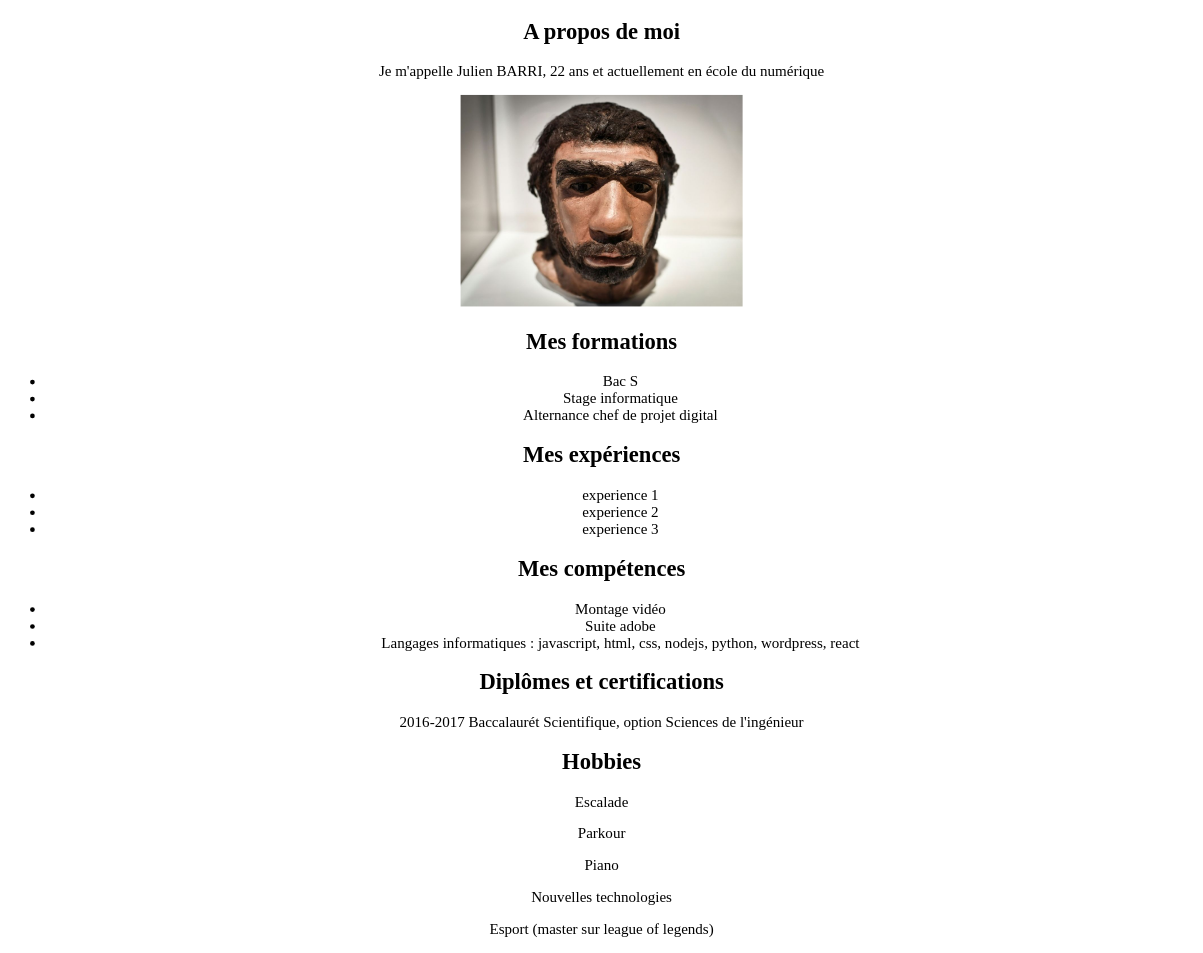
Repository: barridev/cours_devops.github.io
Page: index.html
These files come from the project's save history. The page is drawn as it stood at one moment and after a run of saves; the edit follows.
The browser window is 1280 px wide. The pictures show the whole page, at 94% of full size.

Above is the page before, as saved 2022-06-13 15:28:36.

### index.html
<!DOCTYPE html>
<html lang="en">

<head>
    <meta charset="UTF-8">
    <meta http-equiv="X-UA-Compatible" content="IE=edge">
    <meta name="viewport" content="width=device-width, initial-scale=1.0">
    <title>Document</title>
    <link rel="stylesheet" href="style.css">
</head>

<body>

    <section class="center">
        <div>
            <h1>A propos de moi</h1>
            <p>Je m'appelle Julien BARRI, 22 ans et actuellement en école du numérique</p>
            <img width="300x300" src="homme.jpeg" alt="homme">
        </div>
    </section>

    <section class="center">
        <div class="test">
            <h2> Mes formations </h2>
            <ul>
                <li> Bac S</li>
                <li> Stage informatique</li>
                <li> Alternance chef de projet digital</li>
            </ul>
        </div>
    </section>

    <section class="center">
        <div>
            <h2> Mes expériences </h2>
            <ul>
                <li> experience 1</li>
                <li> experience 2</li>
                <li> experience 3</li>
            </ul>
        </div>
    </section>

    <section class="center">
        <div>
            <h2> Mes compétences</h2>
            <ul>
                <li> Montage vidéo</li>
                <li> Suite adobe</li>
                <li> Langages informatiques : javascript, html, css, nodejs, python, wordpress, react</li>
            </ul>
        </div>

    </section>

    <section class="center">
        <div>
            <h2> Diplômes et certifications</h2>
            <p>2016-2017 Baccalaurét Scientifique, option Sciences de l'ingénieur</p>
        </div>

    </section class="center">

    <section class="center">
        <div>
            <h2> Hobbies</h2>
            <p>Escalade</p>
            <p>Parkour</p>
            <p>Piano</p>
            <p>Nouvelles technologies</p>
            <p>Esport (master sur league of legends)</p>
        </div>

    </section class="center">

</body>

</html>

Loaded but not shown: style.css (common file)

After the next 2 saves:
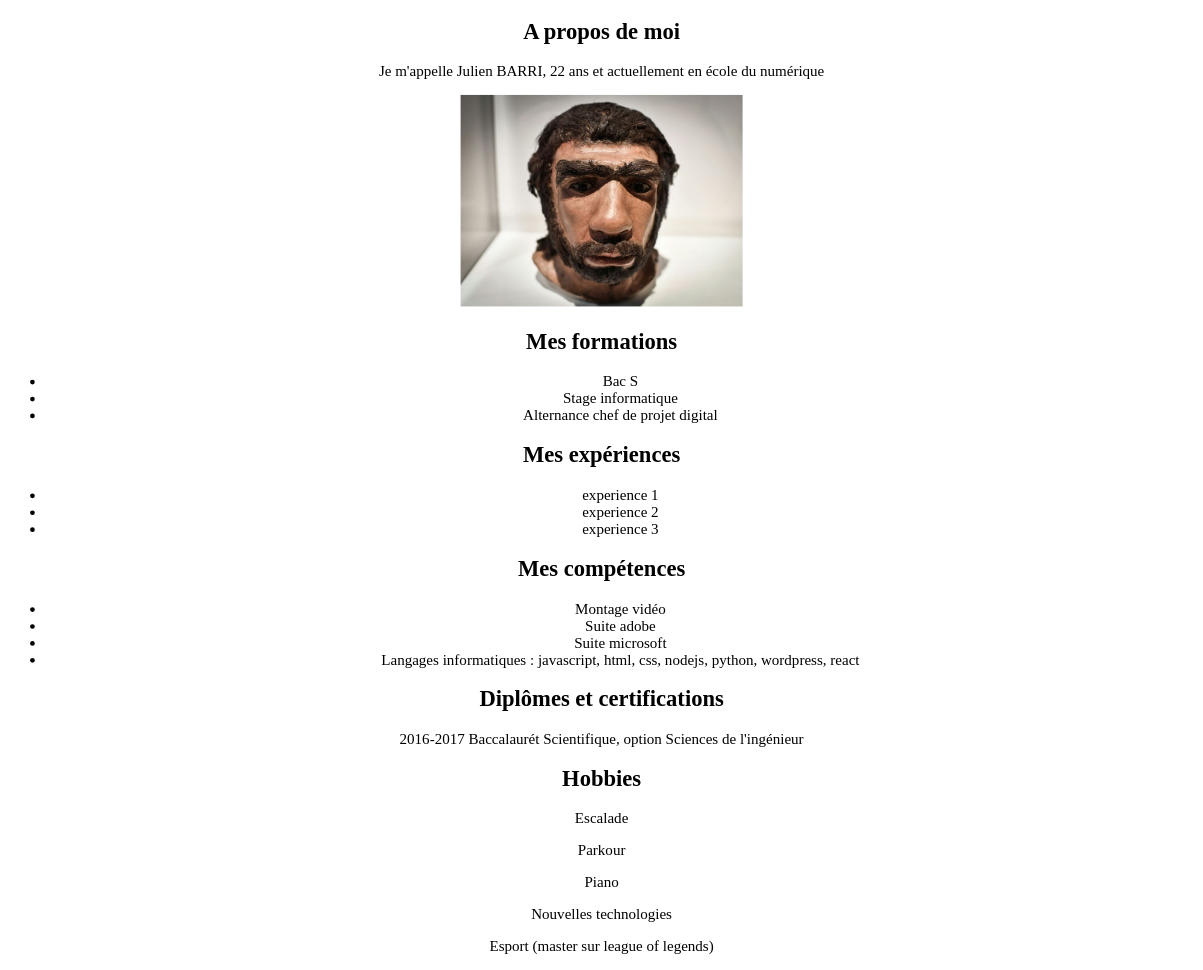
The 2 saves are shown as one change because they came seconds apart.
The last was saved 10 s later.
--- a/index.html
+++ b/index.html
@@ -47,6 +47,7 @@
             <ul>
                 <li> Montage vidéo</li>
                 <li> Suite adobe</li>
+                <li> Suite microsoft</li>
                 <li> Langages informatiques : javascript, html, css, nodejs, python, wordpress, react</li>
             </ul>
         </div>
